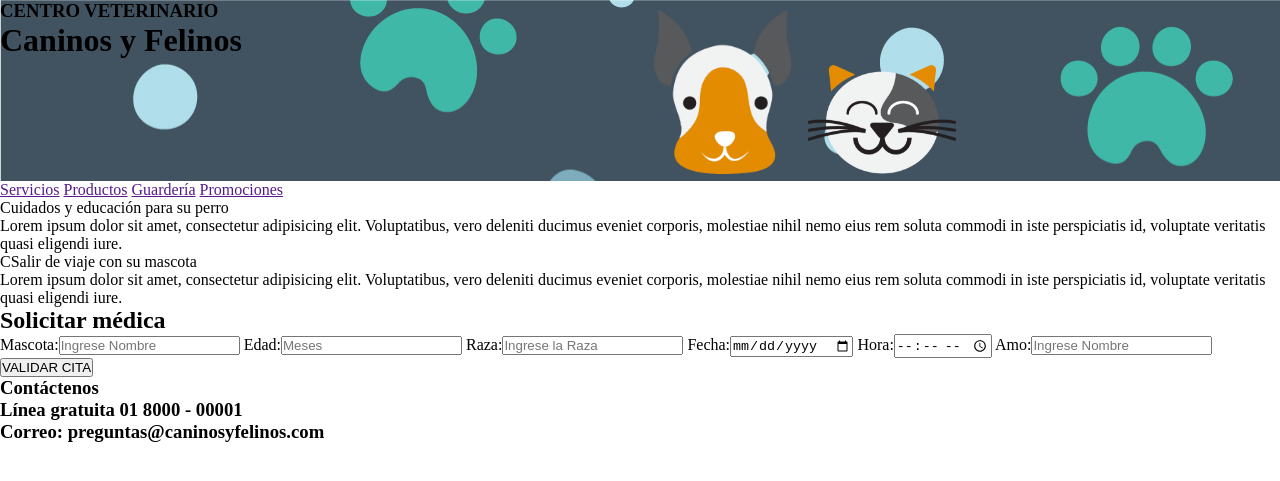
Repository: mariomr87/senaweb01
Page: principal.html
These files come from the project's save history. The page is drawn as it stood at one moment and after the next save; the edit follows.
The browser window is 1280 px wide. The pictures show the whole page.

Above is the page before, as saved 2021-09-26 20:19:41.

After the next save:
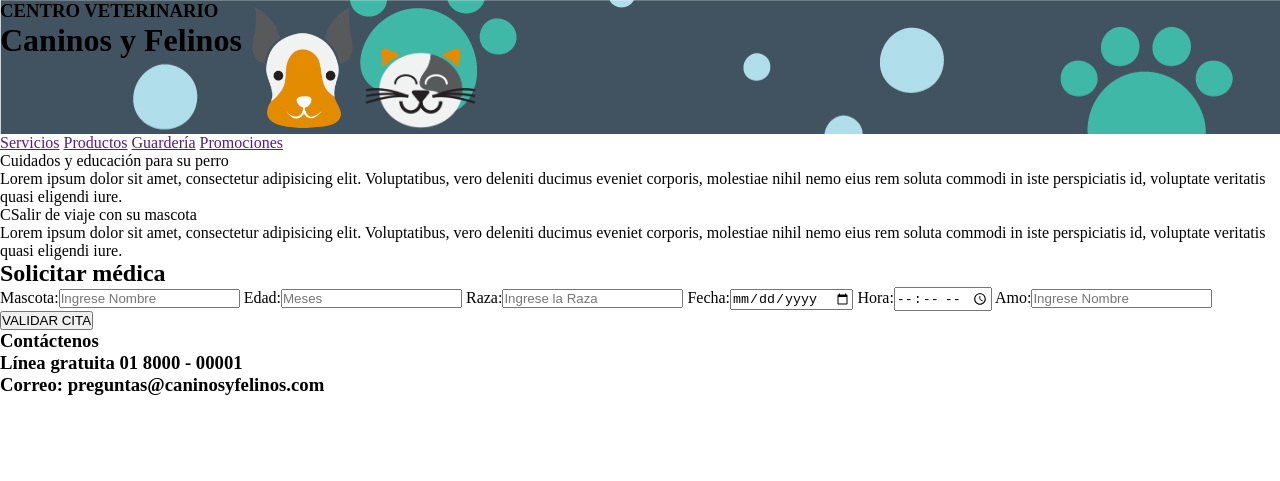
Saved 19 s later.
--- a/estilos.css
+++ b/estilos.css
@@ -25,7 +25,6 @@ header{
 
 }
 
-.header-text{
-
+.header-text .header-img{
     width:50%;
 }

After the save that followed:
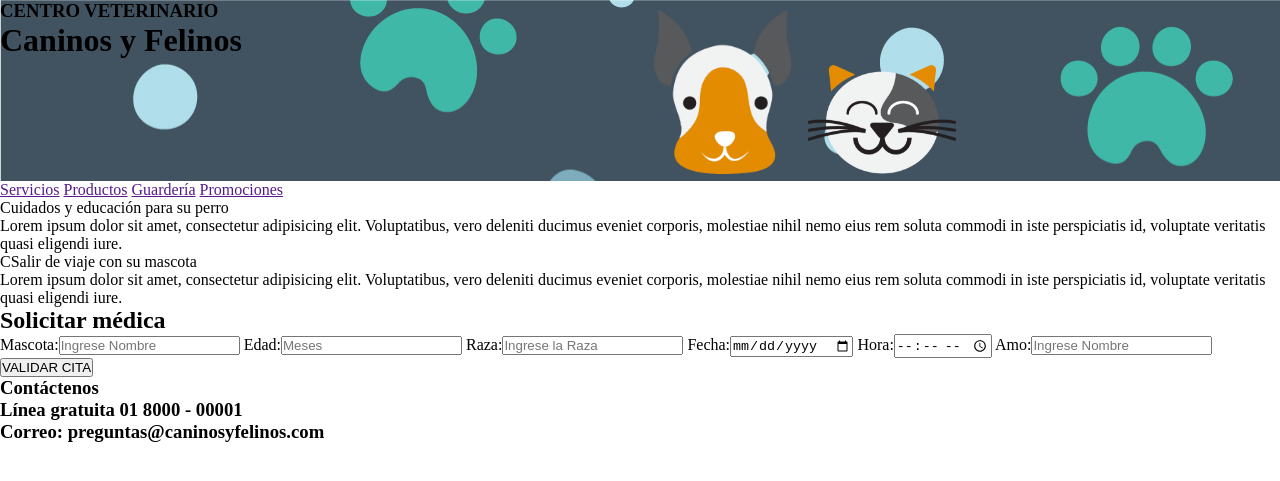
Saved 70 s later.
--- a/estilos.css
+++ b/estilos.css
@@ -25,6 +25,6 @@ header{
 
 }
 
-.header-text .header-img{
+.header-text, .header-img{
     width:50%;
 }
